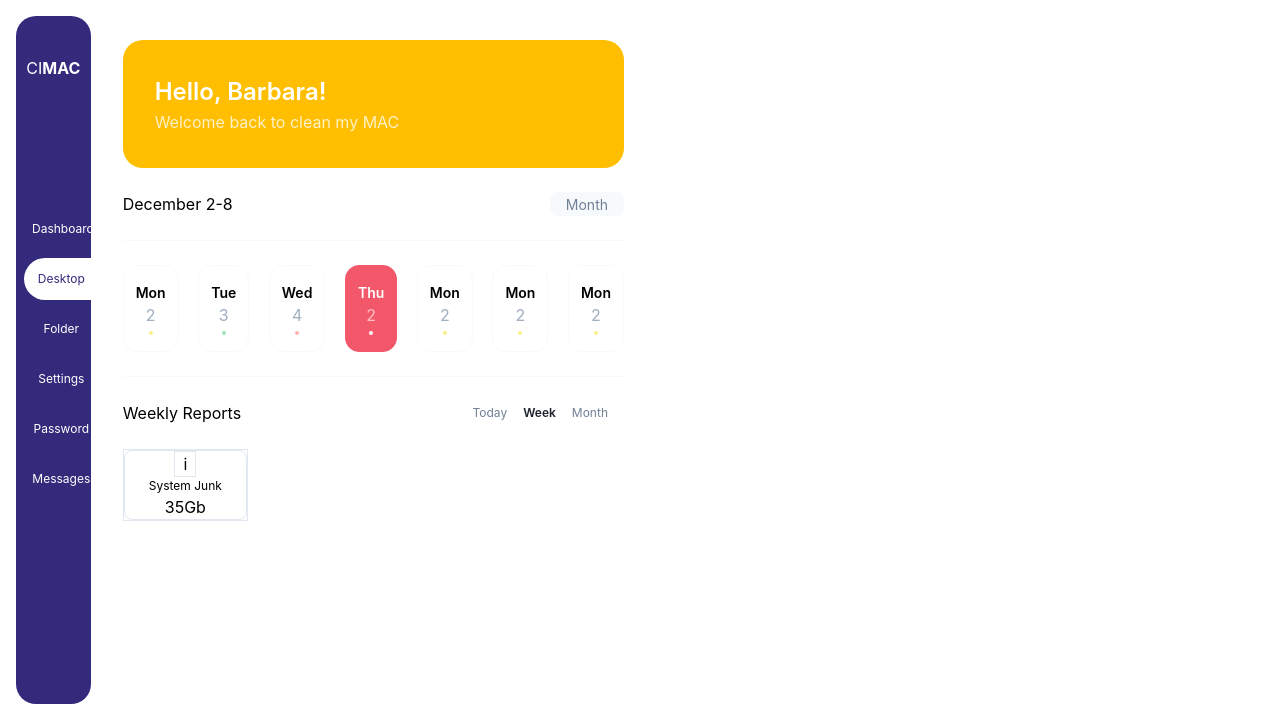
Repository: charleyvibez/experiment-Utility-software-UI
Page: index.html
An editor plug-in stored every save of this project. The page is shown before and after a run of saves, followed by the edit.
The browser window is 1280 px wide. The pictures show the whole page.

Above is the page before, as saved 2020-03-18 00:45:24.

### index.html
<!DOCTYPE html>
<html lang="en">
<head>
  <meta charset="UTF-8">
  <meta name="viewport" content="width=device-width, initial-scale=1.0">

  <link rel="stylesheet" href="tailwind.css">
  <link rel="stylesheet" href="index.css">
  <title>Document</title>
</head>
<body>
  <section class="flex">
     <aside class="w-1/12 p-4 h-screen">
      <div class="aside-container bg-gray-100 rounded-xl flex flex-col items-center h-full">
        <div class="logo pt-10 text-white">
          <h3>CI<span class="font-bold">MAC</span></h3>
        </div>

      <nav class="flex flex-col items-center text-xs mt-32 text-center text-white w-full pl-2">
        <div class="nav-item w-full pl-2 py-3 mb-2">Dashboard</div>
        <div class="nav-item w-full pl-2 py-3 mb-2 active-nav">Desktop</div>
        <div class="nav-item w-full pl-2 py-3 mb-2">Folder</div>
        <div class="nav-item w-full pl-2 py-3 mb-2">Settings</div>
        <div class="nav-item w-full pl-2 py-3 mb-2">Password</div>
        <div class="nav-item w-full pl-2 py-3 mb-2">Messages</div>
      </nav>
      </div>

    </aside>

  <main class="w-5/12 p-4 h-screen pt-10">
    <div class="main-container">
      <div class="hello p-8 h-32 yellow-bg rounded-xl flex flex-col justify-center">
        <h1 class="text-2xl font-semibold text-white">Hello, Barbara!</h1>
        <p class="yellow-text-support">Welcome back to clean my MAC</p>
      </div>
      <div class="date">
        <div class="heading flex justify-between border-b border-gray-100 py-6">
          <div class="heading-date-range">
            <Span> December 2-8</Span>
          </div>
          <div class="heading-month bg-gray-100 px-4 rounded-lg flex items-center">
            <span class="inline-block text-sm text-gray-600">Month</span>
          </div>
        </div>
        <div class="days flex justify-between py-6  border-b border-gray-100">
          <div class="day flex flex-col items-center py-4 px-3 border border-gray-100 rounded-lg">
            <h3 class="font-semibold text-sm">Mon</h3>
            <span class="text-gray-500">2</span>
            <span class="w-1 h-1 bg-yellow-300 rounded-full mt-1"></span>
          </div>
          <div class="day flex flex-col items-center py-4 px-3 border border-gray-100 rounded-lg">
            <h3 class="font-semibold text-sm">Tue</h3>
            <span class="text-gray-500">3</span>
            <span class="w-1 h-1 bg-green-300 rounded-full mt-1"></span>
          </div>
          <div class="day flex flex-col items-center py-4 px-3 border border-gray-100 rounded-lg">
            <h3 class="font-semibold text-sm">Wed</h3>
            <span class="text-gray-500">4</span>
            <span class="w-1 h-1 bg-red-300 rounded-full mt-1"></span>
          </div>
          <div class="day flex flex-col items-center py-4 px-3 border border-gray-100 rounded-lg active-day">
            <h3 class="font-semibold text-sm">Thu</h3>
            <span class="inline-block text-gray-500 day-number">2</span>
            <span class="inline-block w-1 h-1 bg-yellow-300 rounded-full mt-1 day-indicator"></span>
          </div>
          <div class="day flex flex-col items-center py-4 px-3 border border-gray-100 rounded-lg">
            <h3 class="font-semibold text-sm">Mon</h3>
            <span class="text-gray-500">2</span>
            <span class="w-1 h-1 bg-yellow-300 rounded-full mt-1"></span>
          </div>
          <div class="day flex flex-col items-center py-4 px-3 border border-gray-100 rounded-lg">
            <h3 class="font-semibold text-sm">Mon</h3>
            <span class="text-gray-500">2</span>
            <span class="w-1 h-1 bg-yellow-300 rounded-full mt-1"></span>
          </div>
          <div class="day flex flex-col items-center py-4 px-3 border border-gray-100 rounded-lg">
            <h3 class="font-semibold text-sm">Mon</h3>
            <span class="text-gray-500">2</span>
            <span class="w-1 h-1 bg-yellow-300 rounded-full mt-1"></span>
          </div>
        </div>
      </div>

       <div class="Reports">
        <div class="heading flex justify-between  py-6">
          <div class="heading-date-range">
            <Span class="font-normal"> Weekly Reports</Span>
          </div>
          <div class="heading-reports  px-4 rounded-lg flex items-center">
            <span class="inline-block text-gray-600 text-xs">Today</span>
            <span class="inline-block text-gray-900 ml-4 text-xs font-semibold">Week</span>
            <span class="inline-block text-gray-600 ml-4 text-xs">Month</span>
          </div>


        </div>
        <div class="junks">
          <div class="system-junk w-1/4 border flex items-center">
           <div class="bg-white rounded-lg flex flex-col items-center border w-full">
             <span class="junk-icon inline-block px-2 border">
              i
            </span>
            <h6 class="text-xs">System Junk</h6>
            <span>35Gb</span>
           </div>
          </div>
        </div>
       </div>
    </div>
  </main>
  </section>

</body>
</html>

### index.css
* {
  margin: 0;
  padding: 0;
  box-sizing: border-box;
}

.aside-container {
  background: #332a7b;
}
.active-nav {
  position: relative;
  background:white;
  color: #332a7b;
  border-bottom-left-radius: 30px;
  border-top-left-radius: 30px;
}

/* .active-nav:before {
  position: absolute;
  content: '';
  height: 30px;
  width: 30px;
  border-radius: 50%;
  top: -25px;
  right: 0;
  background: #332a7b;
} */

.rounded-xl {
  border-radius: 20px
}

.yellow-bg {
  background: #ffbf00;
}
.yellow-text-support {
  color: #fff1c5
}

.day {
  border-radius: 14px;
}

.active-day {
  background: #f2586a;
  border: 1px solid #f2586a
}

.active-day h3 {
  color: white;
  ;
}
.active-day .day-number {
  color: #ffbec6;
}
.active-day .day-indicator {
  background: white;
}

Loaded but not shown: tailwind.css (library)

After the next 3 saves:
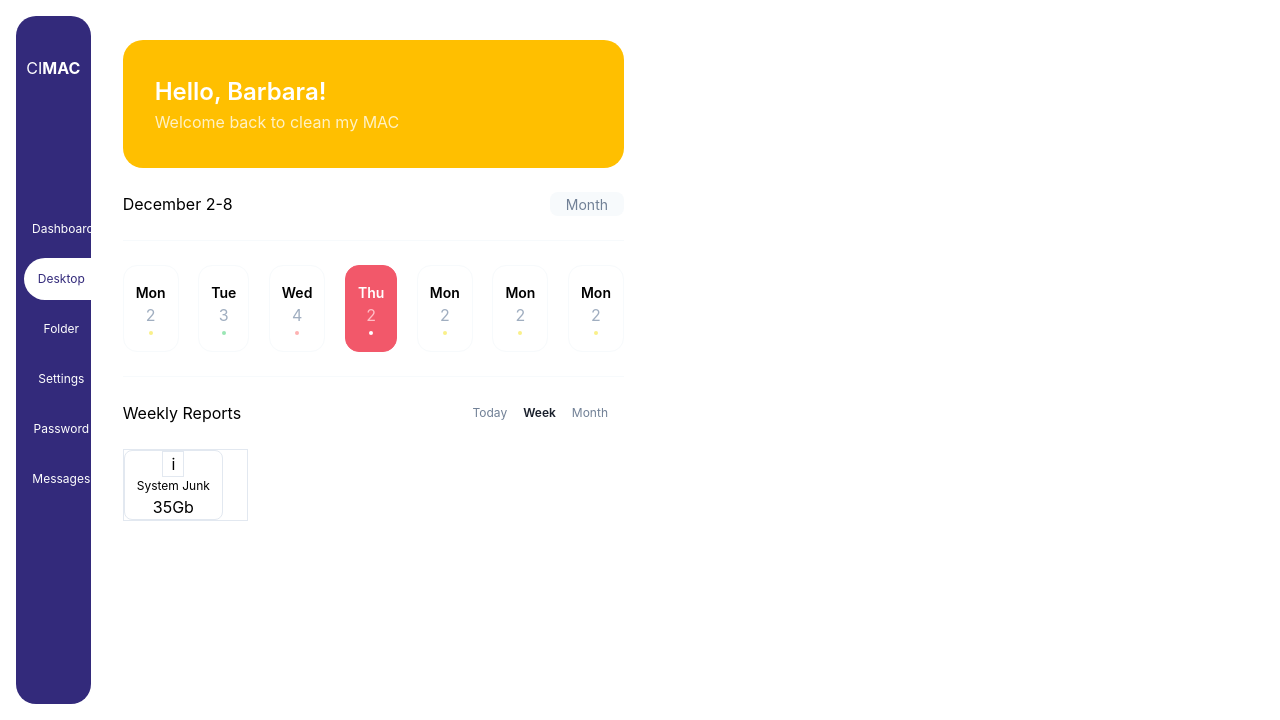
The 3 saves are shown as one change because they came seconds apart.
The last was saved 6 s later.
--- a/index.html
+++ b/index.html
@@ -96,7 +96,7 @@
 
         </div>
         <div class="junks">
-          <div class="system-junk w-1/4 border flex items-center">
+          <div class="system-junk w-1/4 border flex items-center pr-6">
            <div class="bg-white rounded-lg flex flex-col items-center border w-full">
              <span class="junk-icon inline-block px-2 border">
               i
